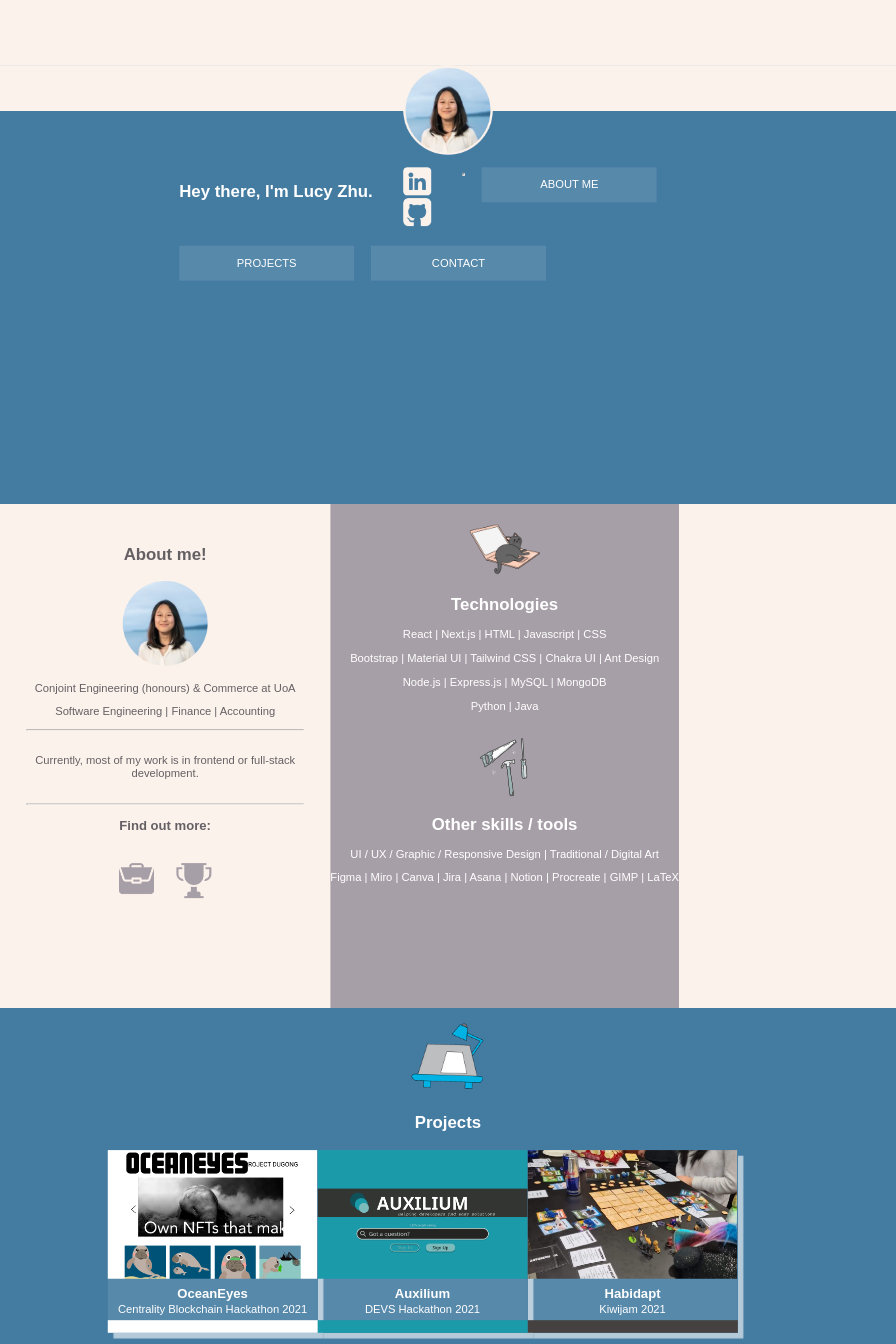
Repository: lukisoo/lukisoo-portfolio
Page: /
An editor plug-in stored every save of this project. The page is shown before and after a run of saves, followed by the edit.
The browser window is 1280 px wide. The pictures show the part of the page from y = 0 to 1920 px (the page is 3307 px tall), at 70% of full size.
The project was rebuilt for these pictures with package versions that can differ from the ones it lists, and the page was loaded fresh each time.

Above is the page before, as saved 2022-07-31 22:56:37.

### public/index.html
<!DOCTYPE html>
<html lang="en">
  <head>
    <meta charset="utf-8" />
    <link rel="icon" href="%PUBLIC_URL%/favicon.ico" />
    <meta name="viewport" content="width=device-width, initial-scale=1" />
    <meta name="theme-color" content="#000000" />
    <meta
      name="description"
      content="Web site created using create-react-app"
    />
    <link rel="apple-touch-icon" href="%PUBLIC_URL%/logo192.png" />
    <!--
      manifest.json provides metadata used when your web app is installed on a
      user's mobile device or desktop. See https://developers.google.com/web/fundamentals/web-app-manifest/
    -->
    <link rel="manifest" href="%PUBLIC_URL%/manifest.json" />
    <!--
      Notice the use of %PUBLIC_URL% in the tags above.
      It will be replaced with the URL of the `public` folder during the build.
      Only files inside the `public` folder can be referenced from the HTML.

      Unlike "/favicon.ico" or "favicon.ico", "%PUBLIC_URL%/favicon.ico" will
      work correctly both with client-side routing and a non-root public URL.
      Learn how to configure a non-root public URL by running `npm run build`.
    -->
    <title>Lucy Zhu's Portfolio</title>
  </head>
  <body>
    <noscript>You need to enable JavaScript to run this app.</noscript>
    <div id="root"></div>
    <!--
      This HTML file is a template.
      If you open it directly in the browser, you will see an empty page.

      You can add webfonts, meta tags, or analytics to this file.
      The build step will place the bundled scripts into the <body> tag.

      To begin the development, run `npm start` or `yarn start`.
      To create a production bundle, use `npm run build` or `yarn build`.
    -->
  </body>
</html>

### src/index.js
import React from "react";
import {
  BrowserRouter as Router,
  Route,
  BrowserRouter,
} from "react-router-dom";
import { useRecoilState, RecoilRoot } from "recoil";
import ReactDOM from "react-dom/client";
import "./index.css";
import App from "./App";
import reportWebVitals from "./reportWebVitals";

const root = ReactDOM.createRoot(document.getElementById("root"));
root.render(
  <React.StrictMode>
    <RecoilRoot>
      <BrowserRouter>
        <App />
      </BrowserRouter>
    </RecoilRoot>
  </React.StrictMode>
);

// If you want to start measuring performance in your app, pass a function
// to log results (for example: reportWebVitals(console.log))
// or send to an analytics endpoint. Learn more: https://bit.ly/CRA-vitals
reportWebVitals();

### src/index.css
@import url('https://fonts.googleapis.com/css2?family=Source+Sans+Pro:ital,wght@0,200;0,300;0,400;0,600;0,700;0,900;1,200;1,300;1,400;1,600;1,700;1,900&display=swap');

body {
  margin: 0;
  /* font-family: -apple-system, BlinkMacSystemFont, 'Segoe UI', 'Roboto', 'Oxygen',
    'Ubuntu', 'Cantarell', 'Fira Sans', 'Droid Sans', 'Helvetica Neue',
    sans-serif; */
    font-family: arial;
  -webkit-font-smoothing: antialiased;
  -moz-osx-font-smoothing: grayscale;
  background-color: #447BA1;
  color: white;
  /* font-family: 'Source Sans Pro', sans-serif; */
  overflow-x: hidden;
  scroll-behavior: smooth;
}

code {
  font-family: source-code-pro, Menlo, Monaco, Consolas, 'Courier New',
    monospace;
}

a {
  text-decoration: none;
}

### src/App.js
import "./App.css";

import { Link } from "react-router-dom";
import { Tooltip, Grid } from "@mui/material";
import { motion } from "framer-motion";
import { useState } from "react";
import { useRecoilState, RecoilRoot } from "recoil";

import ProjectPopUp from "./components/project-pop-up.js";
import AchievementsPopUp from "./components/achievements-pop-up.js";

import ProjectsData from "./data/projectsData";
import AchievementsData from "./data/achievementsData";

import ProfilePhoto from "./images/header/profile-photo.png";
import LinkedinLogo from "./images/header/linkedin-logo.png";
import GithubLogo from "./images/header/github-logo.png";
import ExperienceLogo from "./images/about-me/experience.png";
import AchievementsLogo from "./images/about-me/achievements.png";
import LinkedinLogo2 from "./images/contact/linkedin-logo.png";
import GithubLogo2 from "./images/contact/github-logo.png";
import EmailLogo from "./images/contact/email-logo.png";

import Laptop from "./images/about-me/laptop.gif";
import Tools from "./images/about-me/tools.gif";
import Projects from "./images/projects-section/projects.gif";
import Contact from "./images/contact/contact.gif";

import { currentProjectState } from "./atoms/currentProjectState";

function App() {
  const [visibilityProjectPopUp, setVisibilityProjectPopUp] = useState(false);
  const [visibilityAchievementPopUp, setVisibilityAchievementPopUp] =
    useState(false);

  const [currentProject, setCurrentProject] =
    useRecoilState(currentProjectState);

  const closeProjectPopUpHandler = (e) => {
    setVisibilityProjectPopUp(e);
  };

  const closeAchievementsPopUpHandler = (e) => {
    setVisibilityAchievementPopUp(e);
  };

  return (
    <div className="App">
      <header className="full-section">
        <div className="header-image">
          <img
            src={ProfilePhoto}
            className="profile-photo"
            alt="Profile Photo"
          />
        </div>

        <div className="header-content">
          <Grid container spacing={3}>
            <Grid item xs={12} md={12}>
              <motion.div
                viewport={{ once: true }}
                transition={{ duration: 1 }}
                whileInView={{ y: ["-2000px", "0px", "-50px", "0px"] }}
              >
                <h2>Hey there, I'm Lucy Zhu.</h2>
              </motion.div>
            </Grid>
            <Grid item xs={12} md={12}>
              <Tooltip title="LinkedIn">
                <a href="https://www.linkedin.com/in/lucyzhu613/">
                  <img
                    src={LinkedinLogo}
                    className="social-logo"
                    alt="Linkedin Logo"
                  />
                </a>
              </Tooltip>
              <Tooltip title="Github">
                <a href="https://github.com/lukisoo">
                  <img
                    src={GithubLogo}
                    className="social-logo"
                    alt="Github Logo"
                  />
                </a>
              </Tooltip>
            </Grid>
            <Grid item xs={12} md={12}>
              <hr className="header-divider" />
            </Grid>
            <Grid item xs={12} md={4}>
              <a href="#about-me-section">
                <div className="box-1">
                  <div className="btn btn-one">
                    <span>ABOUT ME</span>
                  </div>
                </div>
              </a>
            </Grid>
            <Grid item xs={12} md={4}>
              <a href="#projects-section">
                <div className="box-1">
                  <div className="btn btn-one">
                    <span>PROJECTS</span>
                  </div>
                </div>
              </a>
            </Grid>
            <Grid item xs={12} md={4}>
              <a href="#contact-section">
                <div className="box-1">
                  <div className="btn btn-one">
                    <span>CONTACT</span>
                  </div>
                </div>
              </a>
            </Grid>
          </Grid>
        </div>
      </header>

      <section id="about-me-section" className="full-section">
        <div className="about-me-content">
          <Grid container spacing={0}>
            <Grid item xs={12} md={4}>
              <div className="about-me-left">
                <div className="details-content">
                  <motion.div
                    viewport={{ once: true }}
                    transition={{ duration: 1 }}
                    whileInView={{ y: ["-200px", "0px", "-50px", "0px"] }}
                  >
                    <h1>About me!</h1>
                    <img
                      src={ProfilePhoto}
                      className="profile-photo"
                      alt="Profile Photo"
                    />
                    <p>Conjoint Engineering (honours) & Commerce at UoA</p>
                    <p>Software Engineering | Finance | Accounting</p>
                    <hr />
                    <p>
                      <br />
                      Currently, most of my work is in frontend or full-stack
                      development.
                      <br />
                      <br />
                    </p>
                    <hr />
                    <h3>Find out more:</h3>
                    <div className="about-me-logo-section">
                      <Tooltip title="Experience">
                        <img
                          src={ExperienceLogo}
                          className="about-me-logo"
                          alt="Experience Logo"
                        />
                      </Tooltip>
                      <Tooltip title="Achievements">
                        <img
                          src={AchievementsLogo}
                          className="about-me-logo"
                          alt="Achievements Logo"
                          onClick={(e) =>
                            setVisibilityAchievementPopUp(
                              !visibilityAchievementPopUp
                            )
                          }
                        />
                      </Tooltip>
                    </div>{" "}
                  </motion.div>
                </div>
              </div>
            </Grid>
            <Grid item xs={12} md={8}>
              <div className="about-me-right">
                <div className="skills-content">
                  <motion.div
                    viewport={{ once: true }}
                    transition={{ duration: 1 }}
                    whileInView={{ y: ["-200px", "0px", "-50px", "0px"] }}
                  >
                    <img src={Laptop} className="laptop-gif" alt="Laptop" />
                    <h2>Technologies</h2>
                    <p>React | Next.js | HTML | Javascript | CSS</p>
                    <p>
                      Bootstrap | Material UI | Tailwind CSS | Chakra UI | Ant
                      Design
                    </p>
                    <p>Node.js | Express.js | MySQL | MongoDB</p>
                    <p>Python | Java</p>
                    <br />{" "}
                  </motion.div>{" "}
                  <motion.div
                    viewport={{ once: true }}
                    transition={{ duration: 1 }}
                    whileInView={{ y: ["-200px", "0px", "-50px", "0px"] }}
                  >
                    <img src={Tools} className="tools-gif" alt="Tools" />
                    <h2>Other skills / tools</h2>
                    <p>
                      UI / UX / Graphic / Responsive Design | Traditional /
                      Digital Art
                    </p>
                    <p>
                      Figma | Miro | Canva | Jira | Asana | Notion | Procreate |
                      GIMP | LaTeX
                    </p>{" "}
                  </motion.div>
                </div>
              </div>
            </Grid>
          </Grid>
        </div>
      </section>

      <section id="projects-section" className="full-section-projects">
        <div>
          <motion.div
            viewport={{ once: true }}
            transition={{ duration: 1 }}
            whileInView={{ y: ["-200px", "0px", "-50px", "0px"] }}
          >
            <img src={Projects} className="projects-gif" alt="Projects" />
            <h1>Projects</h1>{" "}
          </motion.div>

          <div className="all-projects">
            <Grid container rowSpacing={6} columnSpacing={0}>
              {ProjectsData.map((Project, i) => (
                <Grid item xs={6} md={4}>
                  <motion.div
                    // drag
                    // dragConstraints = {{top: -50, left: -50, right: 50, bottom: 50,}}
                    viewport={{ once: true }}
                    transition={{ duration: 1 }}
                    whileInView={{ y: ["-200px", "0px", "-50px", "0px"] }}
                  >
                    <div
                      className="project-box"
                      onClick={() => (
                        setVisibilityProjectPopUp(!visibilityProjectPopUp),
                        setCurrentProject(Project.id)
                      )}
                    >
                      <img
                        draggable="false"
                        src={Project.header}
                        className="project-header-image"
                        alt={Project.title}
                      />
                      <div className="project-text">
                        <h3>{Project.title}</h3>
                        <p>{Project.affiliation}</p>
                      </div>

                      <div
                        className="project-bottom-bar"
                        style={{ backgroundColor: Project.color }}
                      ></div>
                    </div>
                  </motion.div>
                </Grid>
              ))}
            </Grid>
          </div>
        </div>
      </section>

      <section id="contact-section" className="full-section">
        <div className="contact-content">
          <motion.div
            viewport={{ once: true }}
            transition={{ duration: 1 }}
            whileInView={{ y: ["-2000px", "0px", "-50px", "-25px"] }}
          >
            <img src={Contact} className="contact-gif" alt="Contact" />
            <br />
            <h1>Contact me!</h1>
            <p>I'm happy to have a chat about anything!</p>
            <br />
            <Grid container spacing={2}>
              <Grid item xs={6} md={12}>
                <Tooltip title="LinkedIn">
                  <a href="https://www.linkedin.com/in/lucyzhu613/">
                    <img
                      src={LinkedinLogo2}
                      className="social-logo"
                      alt="Linkedin Logo"
                    />
                  </a>
                </Tooltip>

                <Tooltip title="Github">
                  <a href="https://github.com/lukisoo">
                    <img
                      src={GithubLogo2}
                      className="social-logo"
                      alt="Github Logo"
                    />
                  </a>
                </Tooltip>

                <Tooltip title="Email: lzlucyz@gmail.com">
                  <a href="mailto: lzlucyz@gmail.com">
                    <img
                      src={EmailLogo}
                      className="social-logo"
                      alt="Email Logo"
                    />
                  </a>
                </Tooltip>
              </Grid>
            </Grid>
          </motion.div>
        </div>
      </section>

      <ProjectPopUp
        onClose={closeProjectPopUpHandler}
        show={visibilityProjectPopUp}
        title={ProjectsData[currentProject].title}
      >
        <div>
          <div className="pick-task-content">
            <img
              src={ProjectsData[currentProject].header}
              className="project-header-image"
              alt={ProjectsData[currentProject].title}
            ></img>
            <h3>{ProjectsData[currentProject].affiliation}</h3>
            <p>{ProjectsData[currentProject].description}</p>
          </div>
        </div>
      </ProjectPopUp>

      <AchievementsPopUp
        onClose={closeAchievementsPopUpHandler}
        show={visibilityAchievementPopUp}
        title="Achievements (2021 onwards only)"
      >
        <div>
          <div className="pick-task-content">
            {AchievementsData.reverse().map((Achievement, i) => (
              <div>
                <h1>{Achievement.title}</h1>
              </div>
            ))}
          </div>
        </div>
      </AchievementsPopUp>
    </div>
  );
}

export default App;

### src/App.css
.App {
  text-align: center;
  margin: 0;
}

/* Section Content */
.full-section {
  height: 100vh;
  width: 100vw;
}

.full-section-projects {
  width: 100vw;
  height: auto;
}

/* Buttons */
.box-1 {
  /* background-color: hsl(0, 100%, 70%);  */
  width: 250px;
  margin: auto;
}

.btn {
  line-height: 50px;
  height: 50px;
  text-align: center;
  width: 250px;
  cursor: pointer;
}

.btn-one {
  color: #fff;
  transition: all 0.3s;
  position: relative;
}
.btn-one span {
  transition: all 0.3s;
}
.btn-one::before {
  content: "";
  position: absolute;
  bottom: 0;
  left: 0;
  width: 100%;
  height: 100%;
  z-index: 1;
  opacity: 0;
  transition: all 0.3s;
  border-top-width: 1px;
  border-bottom-width: 1px;
  border-top-style: solid;
  border-bottom-style: solid;
  border-top-color: rgba(255, 255, 255, 0.5);
  border-bottom-color: rgba(255, 255, 255, 0.5);
  transform: scale(0.1, 1);
}
.btn-one:hover span {
  letter-spacing: 2px;
}
.btn-one:hover::before {
  opacity: 1;
  transform: scale(1, 1);
}
.btn-one::after {
  content: "";
  position: absolute;
  bottom: 0;
  left: 0;
  width: 100%;
  height: 100%;
  z-index: 1;
  transition: all 0.3s;
  background-color: rgba(255, 255, 255, 0.1);
}
.btn-one:hover::after {
  opacity: 0;
  transform: scale(0.1, 1);
}

/* Header CSS */
.header-content {
  width: 60vw;
  height: 70vh;
  margin: 0 auto 0 auto;
  margin-top: 2vh;
  /* background-color: red; */
}

.header-divider {
  color: white;
  border-width: 2px;
}

.header-image {
  background: linear-gradient(180deg, #fbf2eb 50%, #ffffff00 50%);
  border-top: 13vh solid #fbf2eb;
  width: 100vw;
  height: auto;
}

.profile-photo {
  width: 10vw;
  height: auto;
}

.social-logo {
  width: 40px;
  height: auto;
  padding: 0 1% 0 1%;
}

.social-logo:hover {
  opacity: 0.8;
  cursor: pointer;
}

/* About Me CSS */
#about-me-section {
  background-color: #fbf2eb;
}

.about-me-content {
  height: 100vh;
  width: 100vw;
}

.about-me-logo-section {
  /* height: 100px; */
}

.about-me-logo {
  width: 50px;
  margin: 5% 3% 0 3%;
  padding: 1%;
}

.about-me-logo:hover {
  border-radius: 15px;
  /* border: 1px solid #A79FA7; */
  opacity: 0.8;
  cursor: pointer;
}

.about-me-left {
}

.details-content {
  padding: 8% 8% 8% 8%;
  color: #646064;
}

.about-me-right {
  background-color: #a79fa7;
  height: 100vh;
}

.skills-content {
  padding: 5% 0 5% 0;
}

.laptop-gif {
  width: 8vw;
}

.tools-gif {
  width: 6vw;
}

/* Projects CSS */
.projects-gif {
  margin-top: 10px;
  width: 9vw;
}

.all-projects {
  margin: 2% 12% 5% 12%;
}

.project-box {
  width: 300px;
  margin: 0 auto;
  background-color: rgba(255, 255, 255, 0.1);
  box-shadow: 8px 8px 1px rgba(255, 255, 255, 0.6);
}

.project-box:hover {
  /* opacity: 0.8; */
  background-color: rgba(255, 255, 255, 0.35);
  cursor: pointer;
  -webkit-transition: background-color 0.3s ease-out;
  -moz-transition: background-color 0.3s ease-out;
  -o-transition: background-color 0.3ss ease-out;
  transition: background-color 0.3s ease-out;
}

.project-text {
  margin-top: 2%;
  margin-bottom: 2%;
}

.project-box h3 {
  margin-top: 0;
  margin-bottom: 0;
}

.project-box p {
  margin-top: 1%;
  margin-bottom: 0;
}

.project-bottom-bar {
  height: 17.5px;
  width: 100%;
}

.project-header-image {
  width: 100%;
  /* -webkit-user-select: none;
  -khtml-user-select: none;
  -moz-user-select: none;
  -o-user-select: none;
  user-select: none;
  user-drag: none; */
}

/* Contact CSS */

#contact-section {
  background-color: #fbf2eb;
}

.contact-content {
  color: #646064;
  padding: 10% 5% 5% 5%;
}

.contact-gif {
  width: 10vw;
}

### src/data/achievementsData.js
const achievementsData = [
    {
        id: 0,
        title: "placeholder1",
    },
    {
        id: 1,
        title: "placeholder2",
    },
];

export default achievementsData;

### src/atoms/currentProjectState.js
import { atom } from "recoil";

export const currentProjectState = atom({
  key: "currentProjectState", // unique ID (with respect to other atoms/selectors)
  default: 0, // default value (aka initial value)
});

### src/components/css/project-pop-up.module.css
.overlay {
    visibility: hidden;
    opacity: 0;
    position: fixed;
    top: 0;
    bottom: 0;
    left: 0;
    right: 0;
    background: rgba(0, 0, 0, 0.7);
    transition: opacity 500ms;
}

.popup {
    margin: 70px auto;
    padding: 20px;
    background: #fff;
    border-radius: 5px;
    width: 30%;
    position: relative;
    transition: all 5s ease-in-out;
    z-index: 500;
}

.popup h2 {
    margin-top: 0;
    color: #333;
    font-family: Tahoma, Arial, sans-serif;
}

.popup .close {
    position: absolute;
    top: 20px;
    right: 30px;
    transition: all 200ms;
    font-size: 30px;
    font-weight: bold;
    text-decoration: none;
    color: #333;
}

.popup .close:hover {
    cursor: pointer;
    color: #000;
}

.popup .content {
    max-height: 30%;
    overflow: auto;
}

@media screen and (max-width: 700px) {
    .popup {
        width: 70%;
    }
}

### src/components/css/achievements-pop-up.module.css
.overlay {
    visibility: hidden;
    opacity: 0;
    position: fixed;
    top: 0;
    bottom: 0;
    left: 0;
    right: 0;
    background: rgba(0, 0, 0, 0.7);
    transition: opacity 500ms;
}

.popup {
    margin: 70px auto;
    padding: 20px;
    background: #fff;
    border-radius: 5px;
    width: 30%;
    position: relative;
    transition: all 5s ease-in-out;
    z-index: 500;
}

.popup h2 {
    margin-top: 0;
    color: #333;
    font-family: Tahoma, Arial, sans-serif;
}

.popup .close {
    position: absolute;
    top: 20px;
    right: 30px;
    transition: all 200ms;
    font-size: 30px;
    font-weight: bold;
    text-decoration: none;
    color: #333;
}

.popup .close:hover {
    cursor: pointer;
    color: #000;
}

.popup .content {
    max-height: 30%;
    overflow: auto;
}

@media screen and (max-width: 700px) {
    .popup {
        width: 70%;
    }
}

Loaded but not shown: src/reportWebVitals.js (common file); src/data/projectsData.js (91 lines, source omitted); src/components/achievements-pop-up.js (40 lines, source omitted); src/components/project-pop-up.js (40 lines, source omitted)

After the next 2 saves:
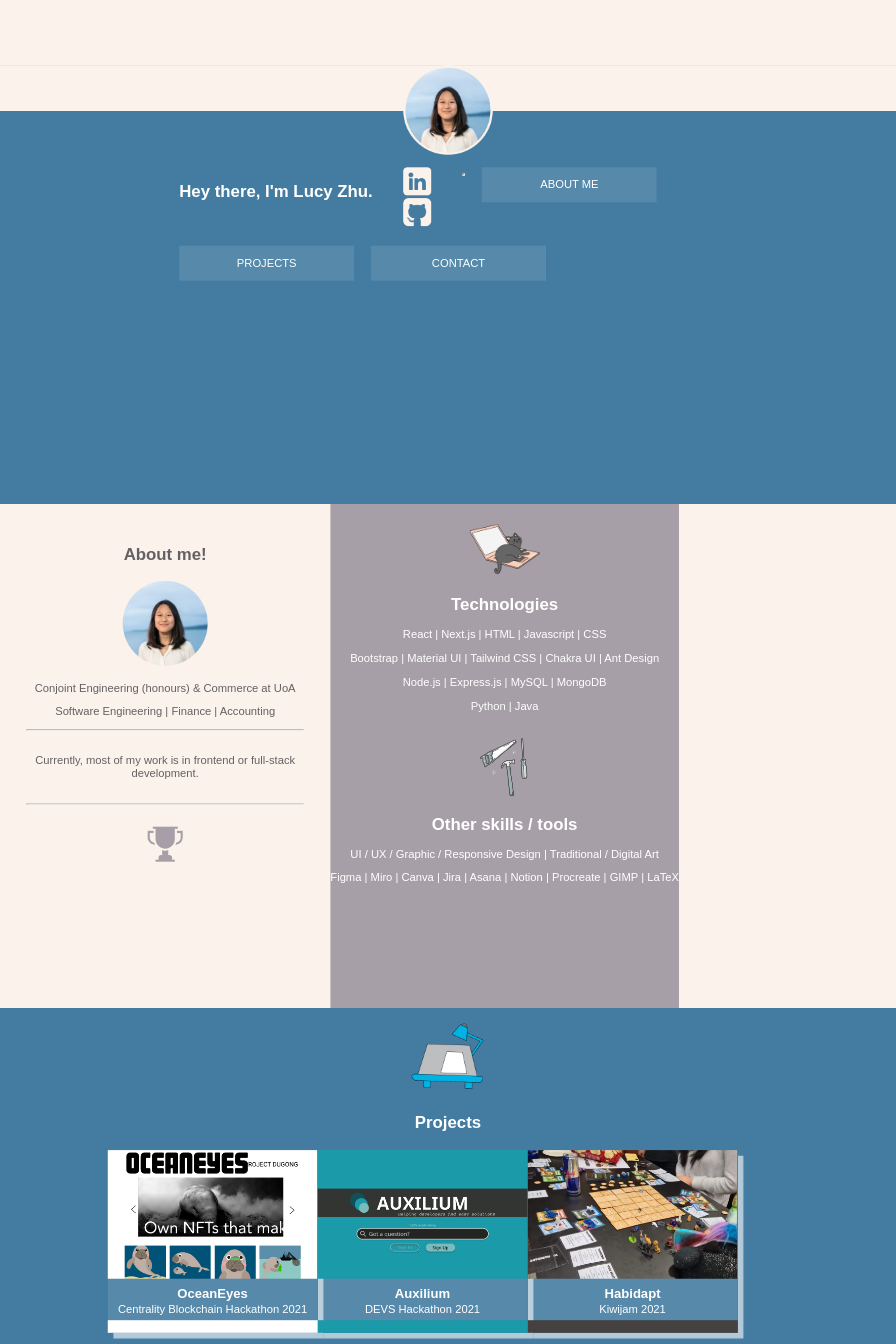
The 2 saves are shown as one change because they came seconds apart.
The last was saved 89 s later.
--- a/src/App.js
+++ b/src/App.js
@@ -148,15 +148,15 @@ function App() {
                       <br />
                     </p>
                     <hr />
-                    <h3>Find out more:</h3>
+                    {/* <h3>Find out more:</h3> */}
                     <div className="about-me-logo-section">
-                      <Tooltip title="Experience">
+                      {/* <Tooltip title="Experience">
                         <img
                           src={ExperienceLogo}
                           className="about-me-logo"
                           alt="Experience Logo"
                         />
-                      </Tooltip>
+                      </Tooltip> */}
                       <Tooltip title="Achievements">
                         <img
                           src={AchievementsLogo}
